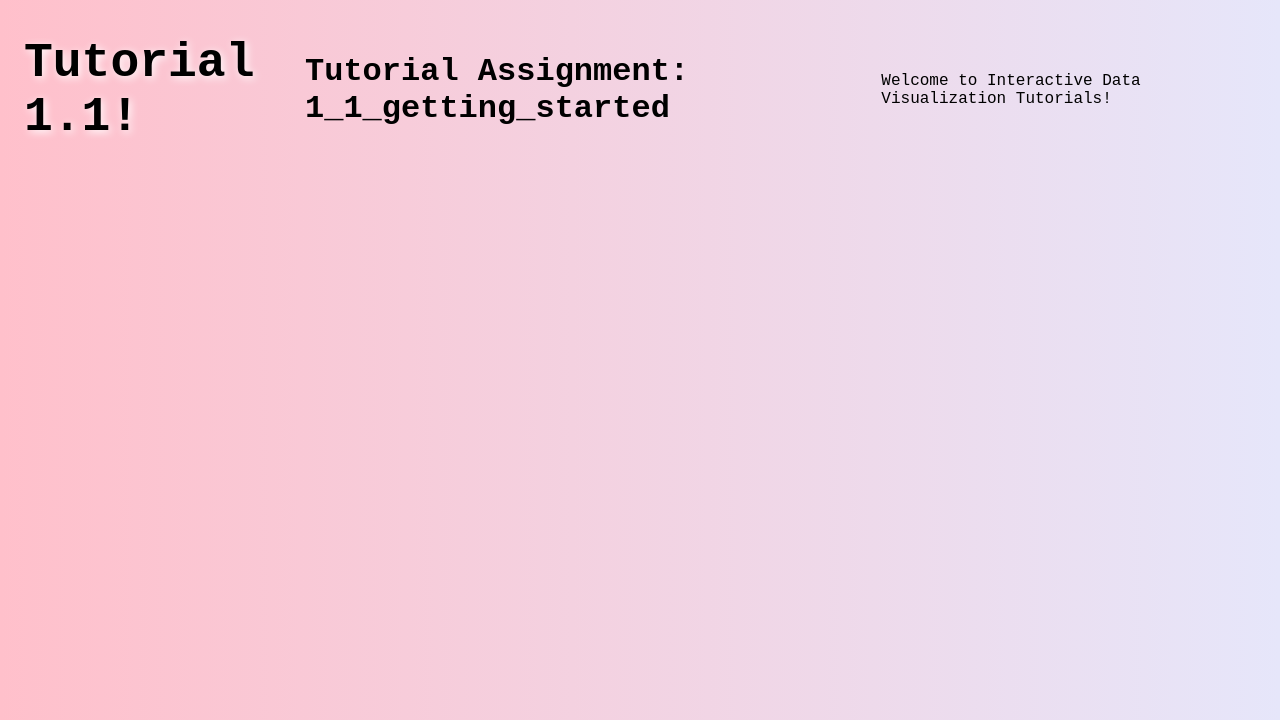
Repository: lisjak/Interactive-Data-Vis-Fall2022
Page: 1_1_getting_started/index.html
An editor plug-in stored every save of this project. The page is shown before and after the next save, followed by the edit.
The browser window is 1280 px wide. The pictures show the whole page.
Some web fonts or font styles are not loaded; a fallback is used.

Above is the page before, as saved 2022-09-04 21:49:12.

### 1_1_getting_started/index.html
<!DOCTYPE html>

<head>
    <meta charset="utf-8">

    <title>Interactive Data Visualization Tutorial</title>

    <link rel="stylesheet" href="https://fonts.googleapis.com/css?family=Source+Sans+Pro">

    <link href="https://fonts.googleapis.com/css2?family=Azeret+Mono&display=swap" rel="stylesheet">

    <link rel="stylesheet" href="./style.css">
</head>

<body>
    <h1>Tutorial 1.1!</h1>
    <h3>Tutorial Assignment: 1_1_getting_started </h3>
    <p>Welcome to Interactive Data Visualization Tutorials! </p>
</body>

</html>

### 1_1_getting_started/style.css
body {
    background-image: linear-gradient(to right, pink, lavender);
    font-family: 'Azeret Mono', monospace;
    font-size: 16px;
    padding: 1em;
    display: flex;
    align-items: center;
    justify-content: center;
}

h1 {
    font-size: 3em;
    margin: 0.25em 0;
    text-shadow: 2px 2px 8px white;
}

h3 {
    font-size: 2em;
    margin: 0.25em 0;
}

p {
    font-size: 1em;
    color: black;
}

After the next save:
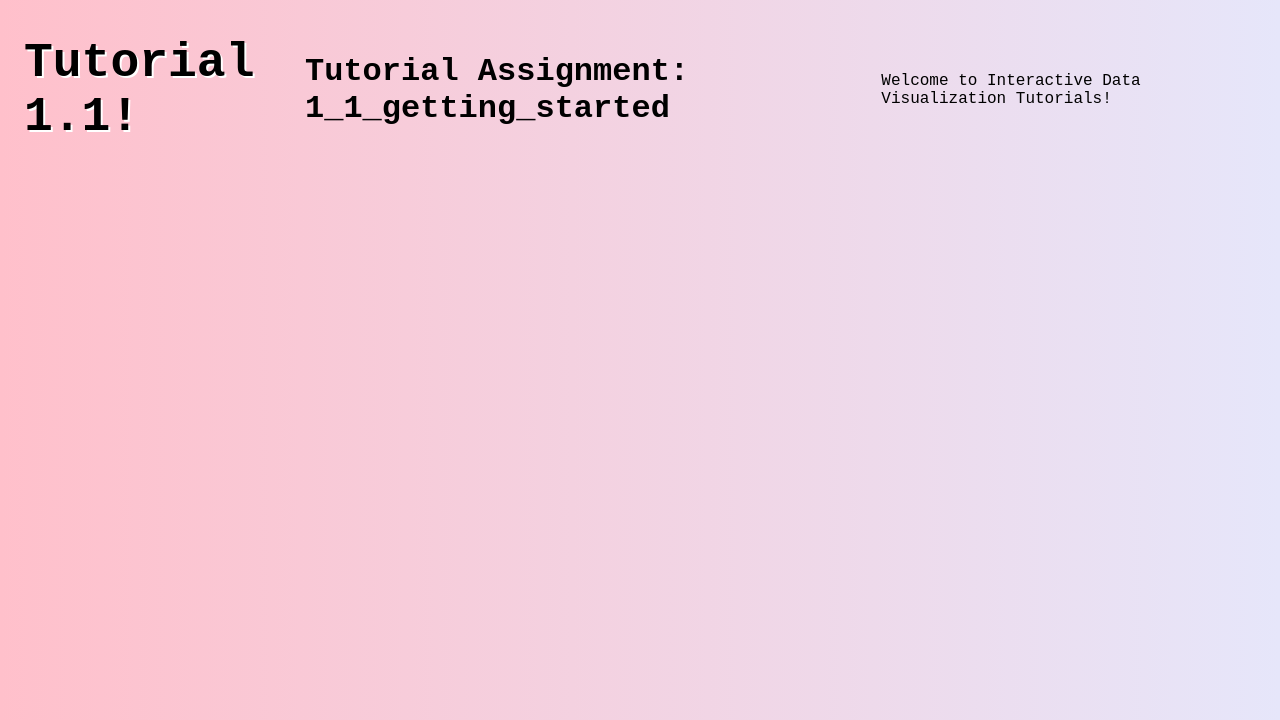
Saved 7 s later.
--- a/1_1_getting_started/style.css
+++ b/1_1_getting_started/style.css
@@ -11,7 +11,7 @@ body {
 h1 {
     font-size: 3em;
     margin: 0.25em 0;
-    text-shadow: 2px 2px 8px white;
+    text-shadow: 2px 2px 0px white;
 }
 
 h3 {
